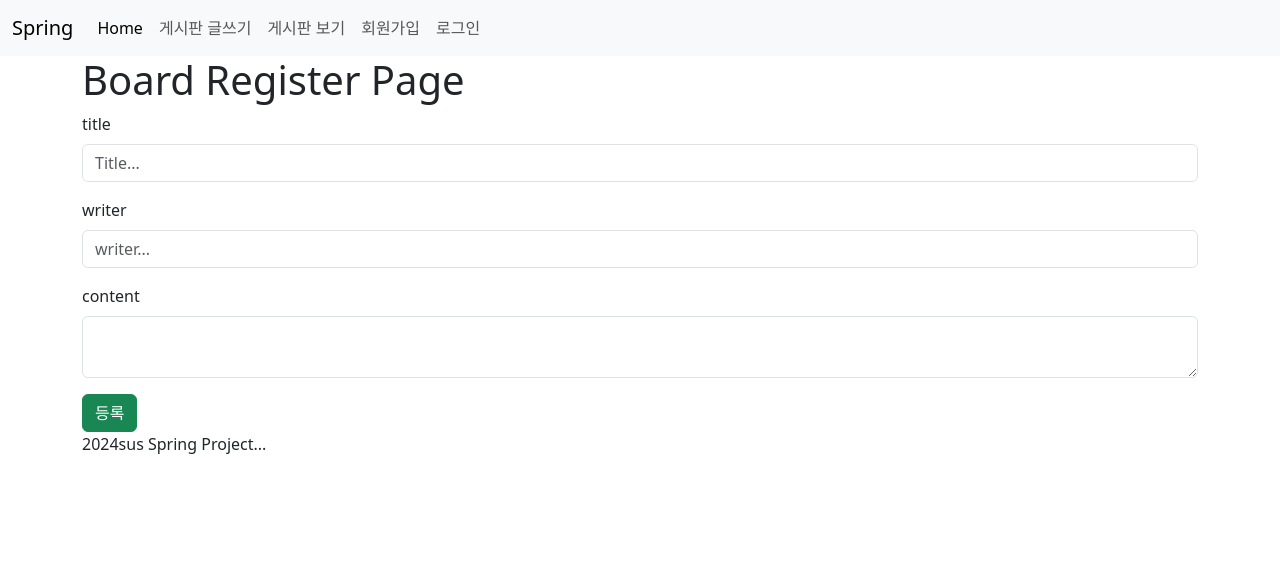
Repository: Ceciliaseon/springTest20240430
Page: http://localhost/spring_study/WEB-INF/views/board/register.jsp
The author's editor kept a copy of each file at every save. The page is drawn from the files as they stood at one save, then again after the next save.
The browser window is 1280 px wide. The pictures show the whole page.
The page is served by Tomcat 9. Nobody is signed in. The template is opened directly, without the code that normally fills it, so the values that code supplies are empty.

Above is the page before, as saved 2024-04-29 01:16:37.

After the next save:
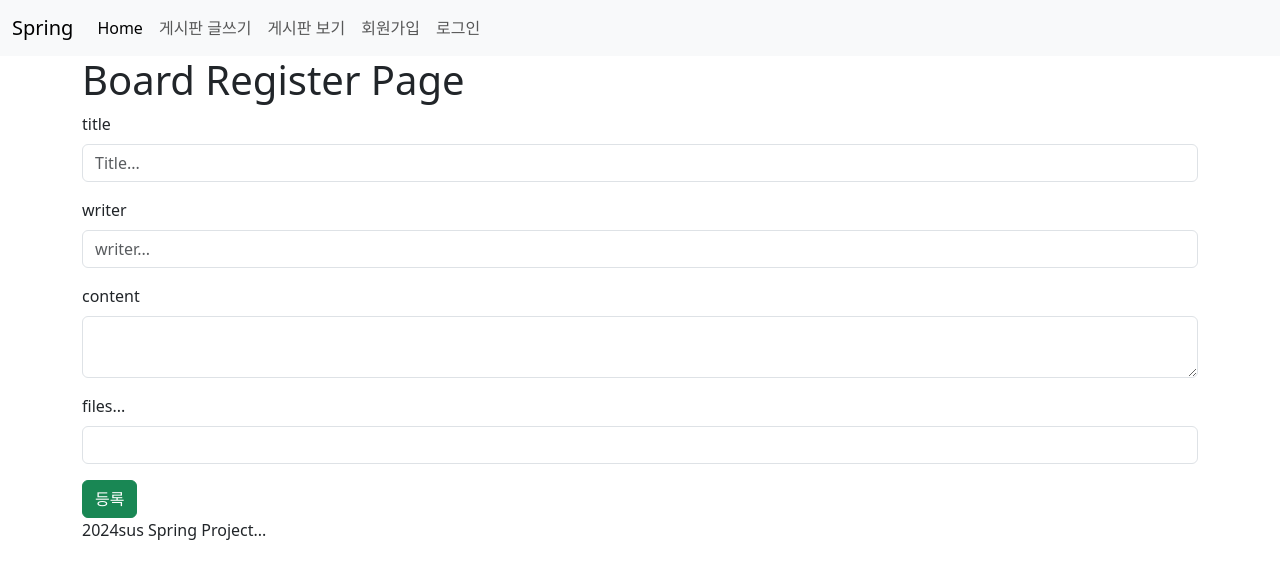
Saved 94 s later.
--- a/spring_study/src/main/webapp/WEB-INF/views/board/register.jsp
+++ b/spring_study/src/main/webapp/WEB-INF/views/board/register.jsp
@@ -18,6 +18,12 @@
 		  <label for="c" class="form-label">content</label>
 		  <textarea class="form-control" id="c" name="content" aria-label="With textarea"></textarea>
 		</div>
+
+		<!-- file 입력라인 추가 -->
+		<div class="mb-3">
+		  <label for="file" class="form-label">files...</label>
+		  <input type="text" class="form-control" name="writer" id="file">
+		</div>
 		<button type="submit" class="btn btn-success">등록</button>
 	</form>
 </div>
